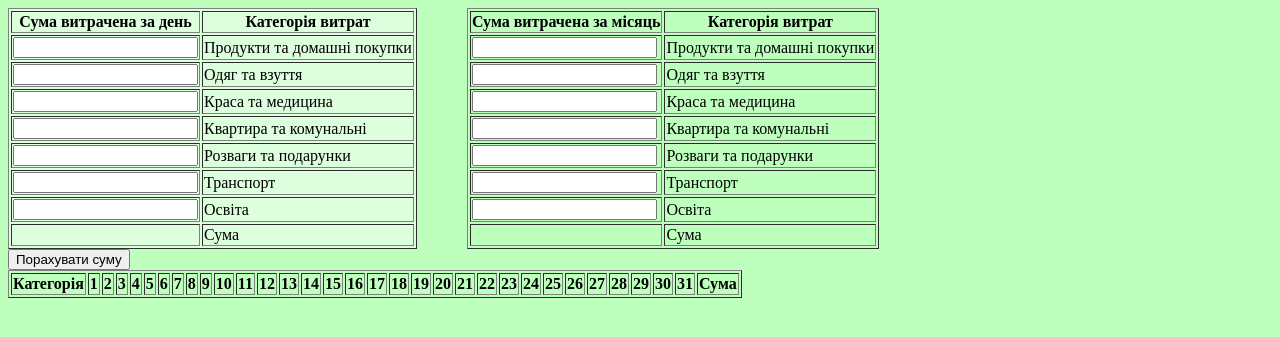
Repository: alexandrastarovoyda-star/Planer2
Page: index.html
These files come from the project's save history. The page is drawn as it stood at one moment and after the next save; the edit follows.
The browser window is 1280 px wide. The pictures show the whole page.

Above is the page before, as saved 2026-03-28 21:03:12.
Console error: ReferenceError: CalculeteMonthSum is not defined

### index.html
<!DOCTYPE html>
<html lang="uk">
    <head>
            <meta charset="UTF-8">
            <title>Планер бюджету</title>
            <link rel="stylesheet" href="css/all.css">
            <link rel="stylesheet" href="css/index.css">
    </head>
    <body>
        <div class="table_ghorisontal">
            <div>
            <table border="1" class="table_calculator" id="day_spend_table">
                <tr>
                    <th>Сума витрачена за день</th>
                    <th>Категорія витрат</th>
                </tr>
            </table>
            <button id="Calculate_sum">Порахувати суму</button>
            </div>
            <div>
            <table border="1" class="table_calculator" id="month_spend_table">
                <tr>
                    <th>Сума витрачена за місяць</th>
                    <th>Категорія витрат</th>
                </tr>
            </table>
            </div>
        </div>
        <table border="1" id="month_table"></table>
    <script src="js/index.js"></script>
    </body>
</html>

### css/all.css
body{
    background: rgba(172, 255, 172, 0.781);
}

### css/index.css
#day_spend_table{
    background: rgba(255, 255, 255, 0.466);
}

.table_ghorisontal{
    display: flex;
    gap: 50px;
}

### js/index.js
{
    var categories = ['Продукти та домашні покупки', 'Одяг та взуття', 'Краса та медицина', 'Квартира та комунальні', 'Розваги та подарунки', 'Транспорт', 'Освіта'];

    categories.forEach(Myfunction);
    LoadData();

    function Myfunction(value, id){
        const tr = document.createElement('tr');
        const td1 = document.createElement('td');
        const td2 = document.createElement('td');
        const input = document.createElement('input');
        input.type = 'number';
        input.id = `input_${id}_day_spend_table`;
        input.addEventListener('input', SaveData);
        td2.textContent = value;
        td1.appendChild(input);
        tr.appendChild(td1);
        tr.appendChild(td2);
        document.getElementById('day_spend_table').appendChild(tr);
    };

    const tr = document.createElement('tr');
    const td1 = document.createElement('td');
    const td2 = document.createElement('td');
    td1.id = `sum_day`;
    td2.textContent = 'Сума';
    tr.appendChild(td1);
    tr.appendChild(td2);
    document.getElementById('day_spend_table').appendChild(tr);

    function CalculeteSum(){
        let sum = 0;
        const inputs = document.querySelectorAll('#day_spend_table input');

        inputs.forEach(function(input){
            const value = Number(input.value);
            if(!isNaN(value)){
                sum += value;
            };
        });
        document.getElementById('sum1').textContent = sum;
    };

    document.getElementById('Calculate_sum').onclick = CalculeteSum;

    function SaveData(){
        const inputs = document.querySelectorAll('#day_spend_table input');
        inputs.forEach(function (input){
            localStorage.setItem(input.id, input.value);
        });
    };

    function LoadData (){
        const inputs = document.querySelectorAll('#day_spend_table input');
        inputs.forEach(function(input){
            const saved = localStorage.getItem(input.id);
            if(saved !== null)
                input.value = saved;
        });
    };
}

{
    categories.forEach(Myfunction);
    LoadData();

    function Myfunction(value, id){
        const tr = document.createElement('tr');
        const td1 = document.createElement('td');
        const td2 = document.createElement('td');
        const input = document.createElement('input');
        input.type = 'number';
        input.id = `input_${id}_month_spend_table`;
        input.addEventListener('input', SaveData);
        td2.textContent = value;
        td1.appendChild(input);
        tr.appendChild(td1);
        tr.appendChild(td2);
        document.getElementById('month_spend_table').appendChild(tr);
    };

    const tr = document.createElement('tr');
    const td1 = document.createElement('td');
    const td2 = document.createElement('td');
    td1.id = `sum_month`;
    td2.textContent = 'Сума';
    tr.appendChild(td1);
    tr.appendChild(td2);
    document.getElementById('month_spend_table').appendChild(tr);
}
{
    const header = document.createElement('tr');
    let thCat = document.createElement('th');
    thCat.textContent = 'Категорія';
    header.appendChild(thCat);
    for( let day = 1; day <= 31; day++){
        let th = document.createElement('th');
        th.textContent = day;
        header.appendChild(th);
    }
    let thSum = document.createElement('th');
    thSum.textContent = 'Сума';
    header.appendChild(thSum);
    document.getElementById('month_table').appendChild(header);
}
categories.forEach(function(cat, id){
    const tr = document.createElement('tr');
    const tdCat = document.createElement('td');
    tdCat.textContent = cat;
    tr.appendChild(tdCat);
    for( let day = 1; day <= 31; day++){
        const td = document.createElement('td');
        const input = document.createElement('input');
        input.type = 'number';
        input.addEventListener('input', CalculeteMonthSum);
        td.appendChild(input);
        tr.appendChild(td);
        }
    const tdSum = document.createElement('td');
    tdSum.id = `sum_cat_${id}`;
    tr.appendChild(tdSum);
    document.getElementById('month_table').appendChild(tr);
})

After the next save:
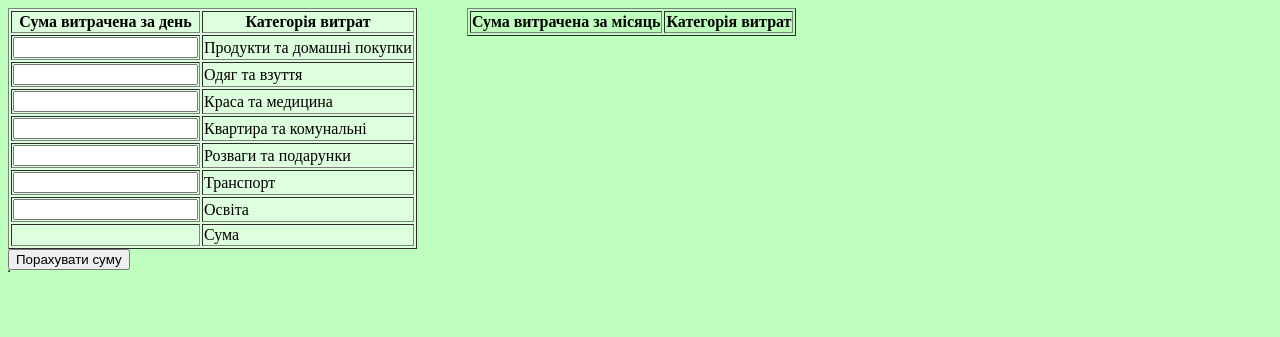
Console error: ReferenceError: categories is not defined
Saved 77 s later.
--- a/js/index.js
+++ b/js/index.js
@@ -1,5 +1,5 @@
 {
-    var categories = ['Продукти та домашні покупки', 'Одяг та взуття', 'Краса та медицина', 'Квартира та комунальні', 'Розваги та подарунки', 'Транспорт', 'Освіта'];
+    const categories = ['Продукти та домашні покупки', 'Одяг та взуття', 'Краса та медицина', 'Квартира та комунальні', 'Розваги та подарунки', 'Транспорт', 'Освіта'];
 
     categories.forEach(Myfunction);
     LoadData();

After the save that followed:
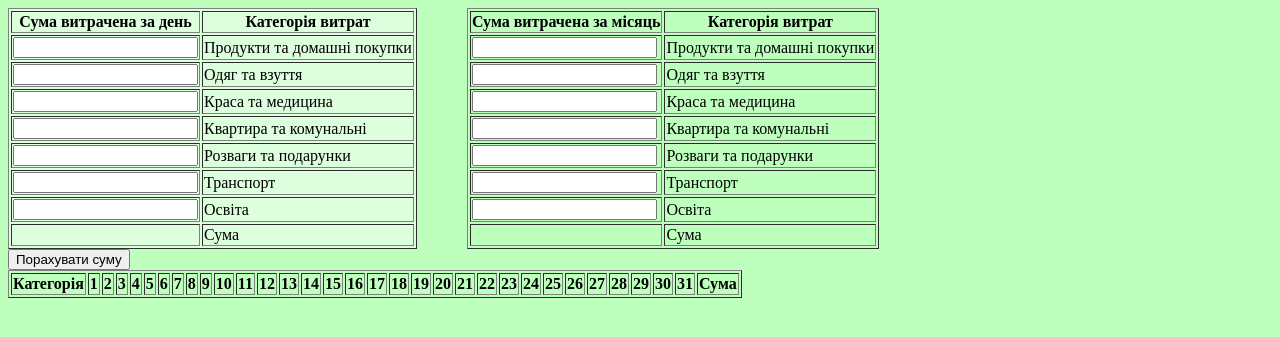
Console error: ReferenceError: CalculeteMonthSum is not defined
Saved 13 s later.
--- a/js/index.js
+++ b/js/index.js
@@ -1,6 +1,6 @@
+ const categories = ['Продукти та домашні покупки', 'Одяг та взуття', 'Краса та медицина', 'Квартира та комунальні', 'Розваги та подарунки', 'Транспорт', 'Освіта'];
+
 {
-    const categories = ['Продукти та домашні покупки', 'Одяг та взуття', 'Краса та медицина', 'Квартира та комунальні', 'Розваги та подарунки', 'Транспорт', 'Освіта'];
-
     categories.forEach(Myfunction);
     LoadData();
 
